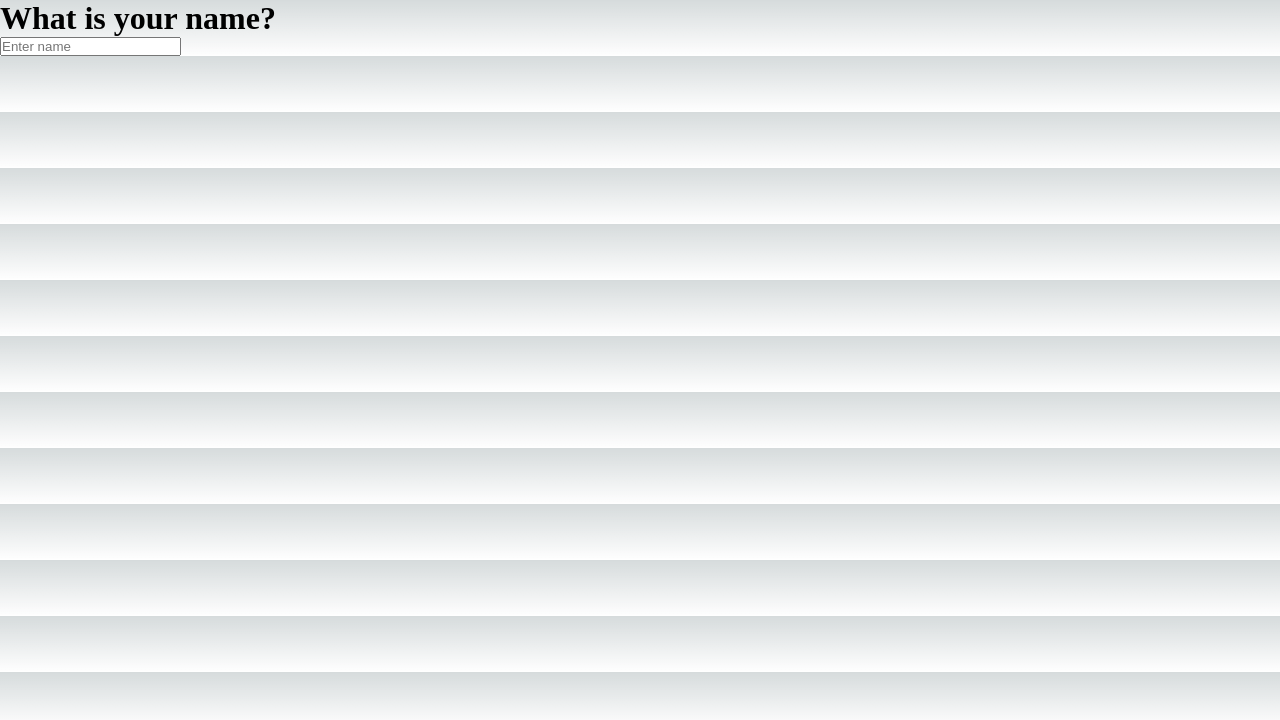
Repository: SanlyLp/mdia2109-week6
Page: /survey
An editor plug-in stored every save of this project. The page is shown before and after a run of saves, followed by the edit.
The browser window is 1280 px wide. The pictures show the whole page.
The project was rebuilt for these pictures with package versions that can differ from the ones it lists, and the page was loaded fresh each time. The framework's server and built-in components were replaced by stand-ins that run in the browser. Also part of the build but not shown: next.config.js.

Above is the page before, as saved 2023-02-06 10:33:05.

After the next 2 saves:
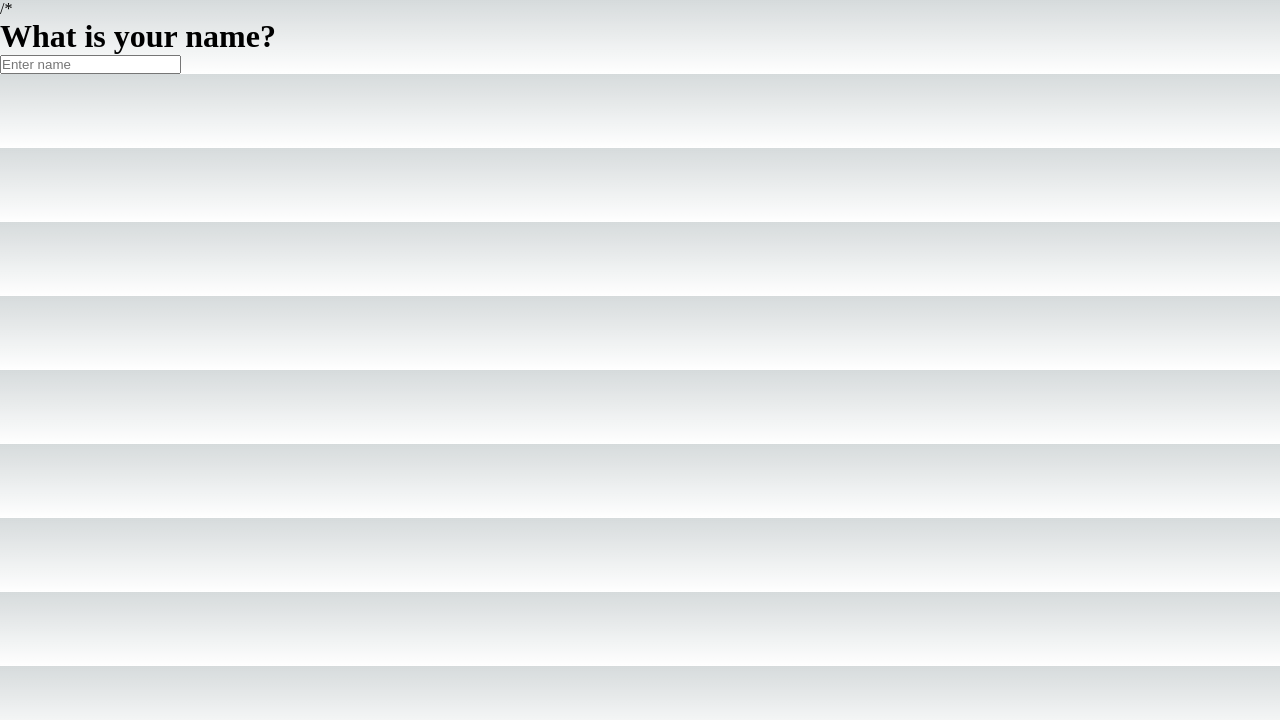
The 2 saves are shown as one change because they came seconds apart.
The last was saved 57 s later.
--- a/pages/survey.js
+++ b/pages/survey.js
@@ -17,7 +17,7 @@
     return (
 
         <div>
-            <div style={{ display: isActiveOne ? "block" : "none" }}>
+            <div style={{ display: isActiveOne ? "block" : "none" }}> /*
                 <h1>What is your name?</h1>
                 <input /*information*/
                     value={name}

After the 3 saves that followed:
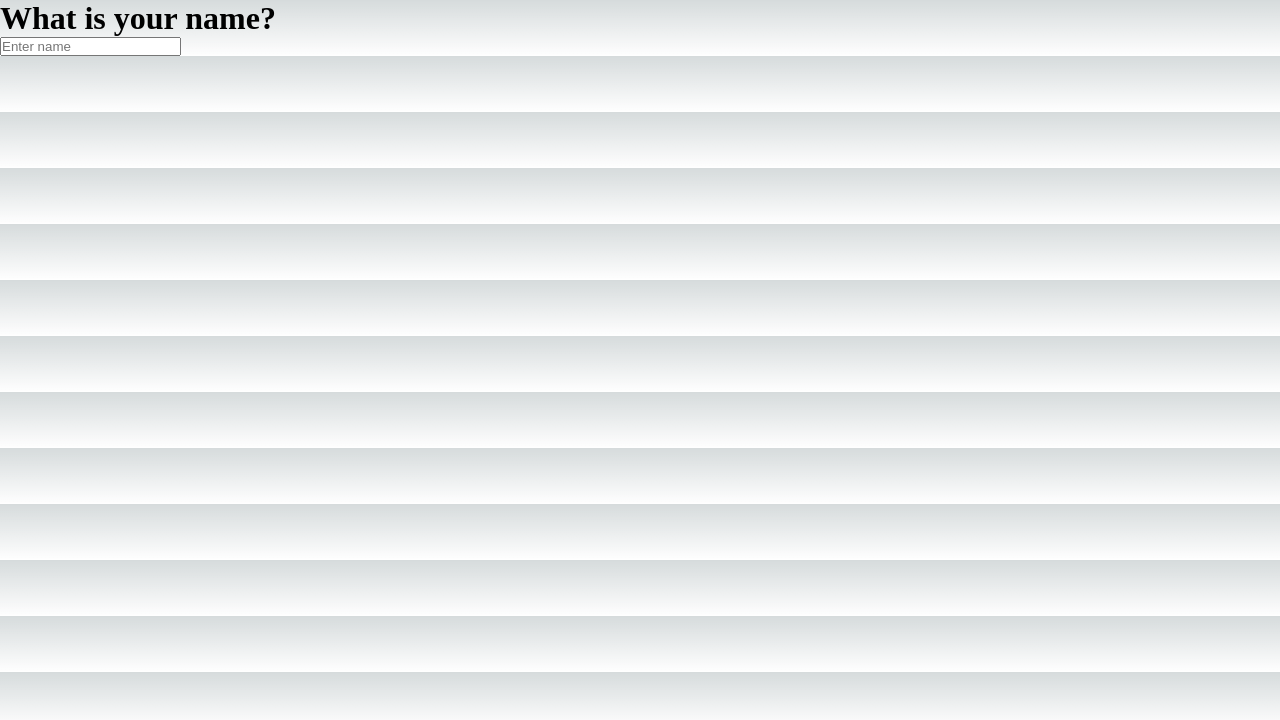
The 3 saves are shown as one change because they came seconds apart.
The last was saved 10 s later.
--- a/pages/survey.js
+++ b/pages/survey.js
@@ -17,7 +17,7 @@
     return (
 
         <div>
-            <div style={{ display: isActiveOne ? "block" : "none" }}> /*
+            <div style={{ display: isActiveOne ? "block" : "none" }}>
                 <h1>What is your name?</h1>
                 <input /*information*/
                     value={name}
